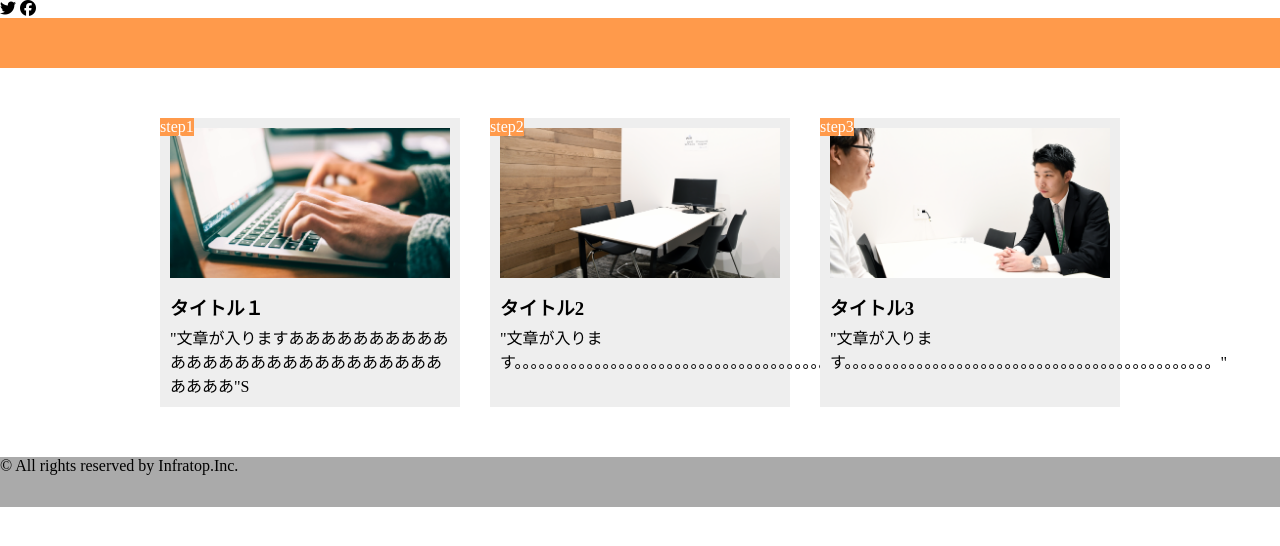
Repository: yymmyymm/review-sub1
Page: caravan2/index2.html
The author's editor kept a record of every edit. The page is drawn from the files as they stood at one moment, then again after the next edit.
The browser window is 1280 px wide. The pictures show the whole page.
Some web libraries are served in a nearby version.

Above is the page before.

### caravan2/index2.html
<!DOCTYPE html>
<html lang="ja">
  <head>
    <meta charset="UTF-8"/>
    <script src="https://kit.fontawesome.com/0855b218b3.js" crossorigin="anonymous"></script>
    <link rel="stylesheet" href="style2.css"/>
    <title>演習</title>
  </head>
  <body>
    <div class="position">

    <i class="fa-brands fa-twitter"></i>
    <i class="fa-brands fa-facebook"></i>
    </div>
  <header>
  </header>

  <main>
    <div class="step-box">
      <div class="step-img1"></div>
      <span class="step-num">step1</span>
      <h3 class="title">タイトル１</h3>
      <p class="text">
        "文章が入りますあああああああああああああああああああああああああああああああ"S
        </p>
    </div>

    <div class="step-box">
      <div class="step-img2"></div>
      <span class="step-num">step2</span>
      <h3 class="title">タイトル2</h3>
      <p class="text">
        "文章が入ります。。。。。。。。。。。。。。。。。。。。。。。。。。。。。。。。。。。。。。。。。。。。。。"
      </p>
    </div>

     <div class="step-box">
      <div class="step-img3"></div>
      <span class="step-num">step3</span>
      <h3 class="title">タイトル3</h3>
      <p class="text">
        "文章が入ります。。。。。。。。。。。。。。。。。。。。。。。。。。。。。。。。。。。。。。。。。。。。。。"
      </p>
    </div>
  </main>



  <footer>
    <p class="footer-text">© All rights reserved by Infratop.Inc.</p>
  </footer>


  </body>
</html>

### caravan2/style2.css
*{
  margin: 0;
  padding: 0;
  box-sizing: border-box;
}


header {
  height: 50px;
  background-color: #ff9a4b;
}

main {
  width: 960px;
  margin: 50px auto;
  display: flex;
}

.step-box {
  width: 300px;
  margin-right: 30px;
  padding: 10px;
  position: relative;
  background-color: #eee;
}

.step-box:last-child {
  margin-right: 0;
}

.step-img1 {
  height: 150px;
  background-image: url(img3/flow01.png);
  background-position: bottom;
  background-size: cover;
}

.step-img2 {
  height: 150px;
  background-image: url(img3/flow02.png);
  background-position: bottom;
  background-size: cover;
}

.step-img3 {
  height: 150px;
  background-image: url(img3/flow03.png);
  background-position: bottom;
  background-size: cover;
}

.step-num {
  position: absolute;
  top: 0;
  left: 0;
  background-color: #ff9a4b;
  color: #fff;
}

.title {
  margin: 15px 0 5px;
}


footer {
  height: 50px;
  background-color: #aaa;
}

After the next edit:
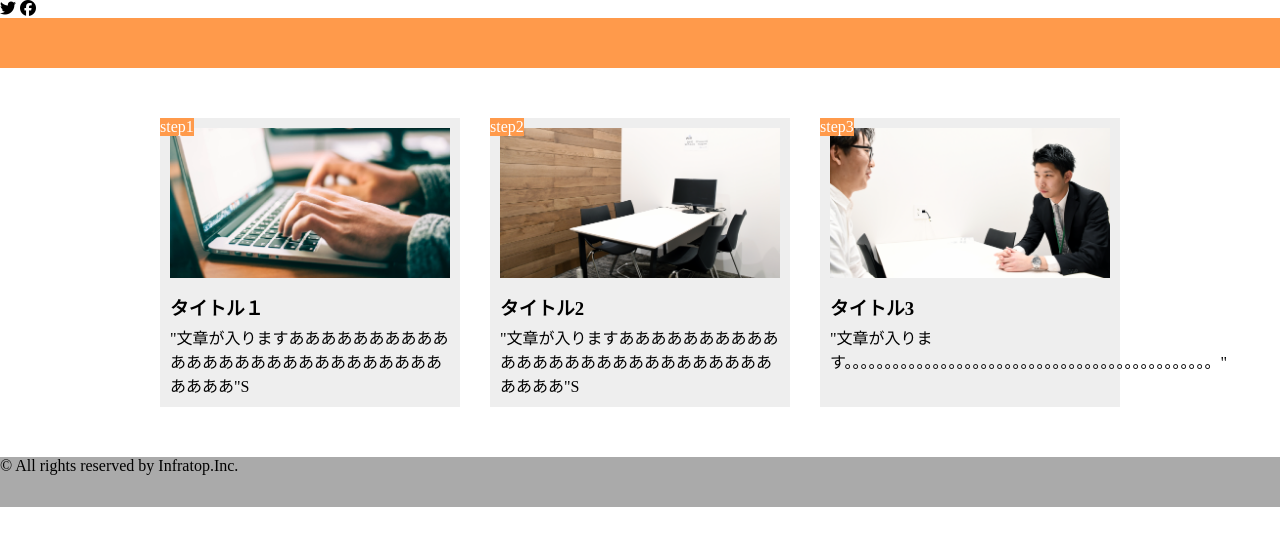
The edit:
--- a/caravan2/index2.html
+++ b/caravan2/index2.html
@@ -30,7 +30,7 @@
       <span class="step-num">step2</span>
       <h3 class="title">タイトル2</h3>
       <p class="text">
-        "文章が入ります。。。。。。。。。。。。。。。。。。。。。。。。。。。。。。。。。。。。。。。。。。。。。。"
+       "文章が入りますあああああああああああああああああああああああああああああああ"S
       </p>
     </div>
 
